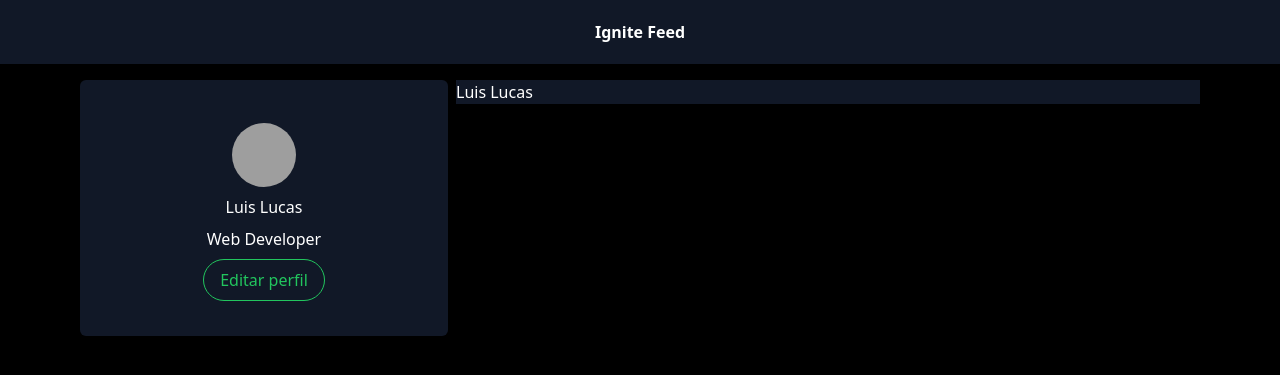
Repository: LuisSempre/ignite-feed
Page: /
An editor plug-in stored every save of this project. The page is shown before and after the next save, followed by the edit.
The browser window is 1280 px wide. The pictures show the whole page.
Pictures or frames that could not be fetched are drawn as grey boxes. The project was rebuilt for these pictures with package versions that can differ from the ones it lists, and the page was loaded fresh each time. Also part of the build but not shown: vite.config.js.

Above is the page before, as saved 2022-07-13 21:50:31.

After the next save:
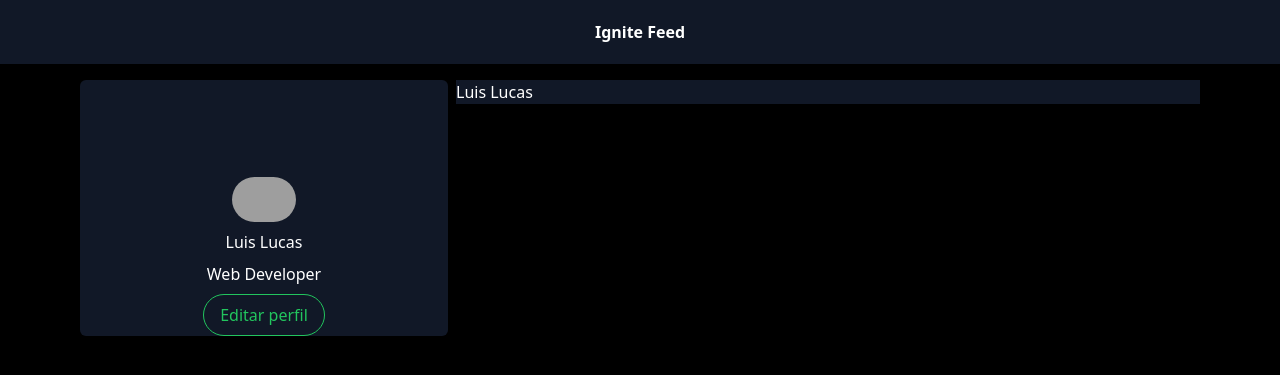
Saved 9 s later.
--- a/src/Components/Sidebar.jsx
+++ b/src/Components/Sidebar.jsx
@@ -1,7 +1,7 @@
 export function Sidebar() {
   return (
     <div className="rounded-md bg-gray-900 justify-center items-center flex flex-col text-center  h-64 space-y-2">
-        <span className="bg-gradient-r from-green-500 via-blue-500"></span>
+        <span className="h-32 bg-gradient-r from-green-500 via-blue-500"></span>
         <img
           className="w-16 h-16 rounded-full overflow-hidden object-cover"
           src="https://avatars.githubusercontent.com/u/32404639?v=4"

After the save that followed:
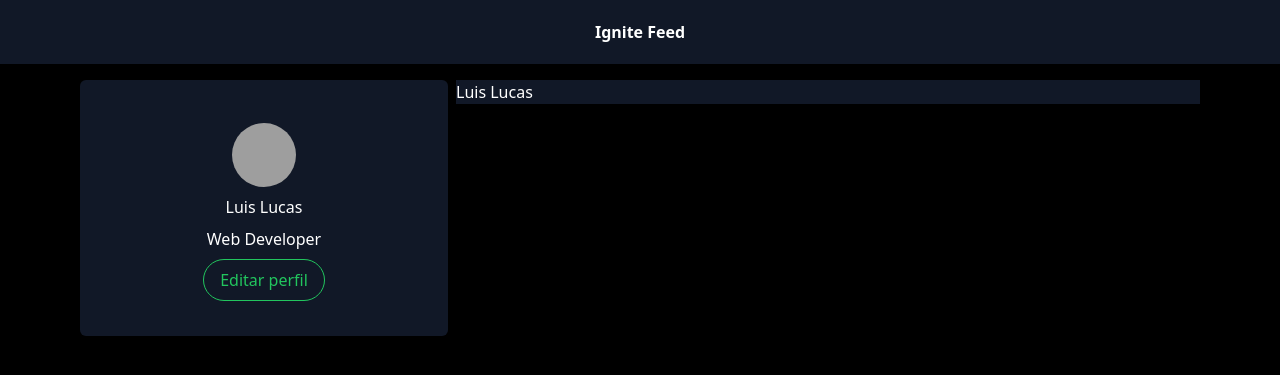
Saved 6 s later.
--- a/src/Components/Sidebar.jsx
+++ b/src/Components/Sidebar.jsx
@@ -1,7 +1,7 @@
 export function Sidebar() {
   return (
     <div className="rounded-md bg-gray-900 justify-center items-center flex flex-col text-center  h-64 space-y-2">
-        <span className="h-32 bg-gradient-r from-green-500 via-blue-500"></span>
+        <span className=" bg-gradient-r from-green-500 via-blue-500"></span>
         <img
           className="w-16 h-16 rounded-full overflow-hidden object-cover"
           src="https://avatars.githubusercontent.com/u/32404639?v=4"
